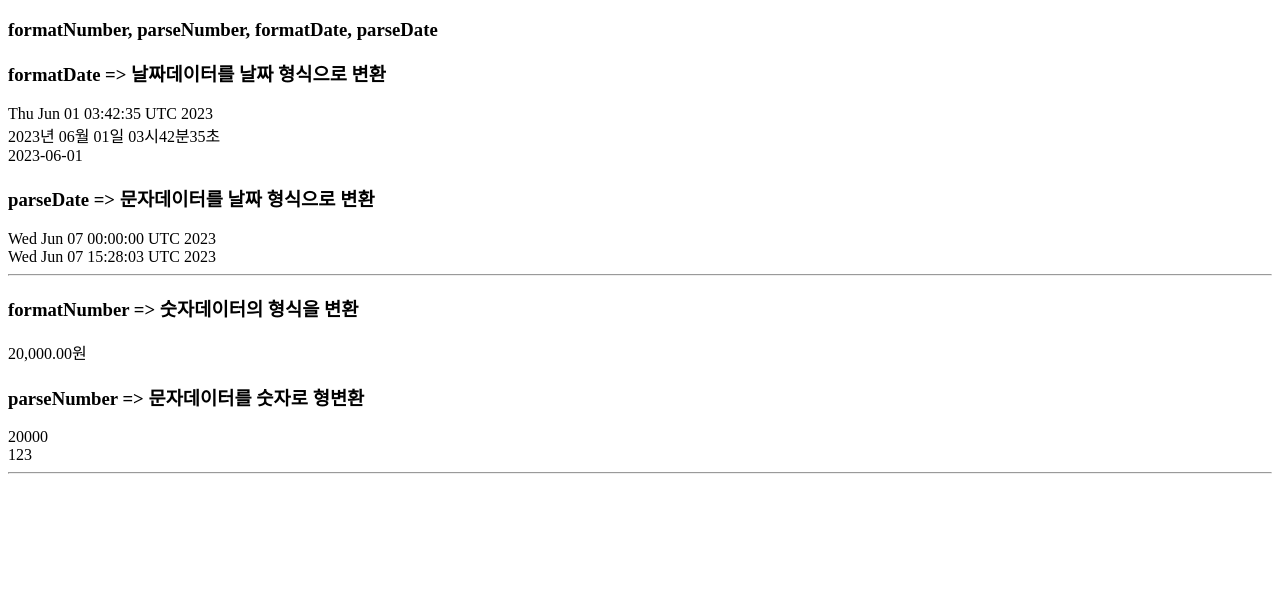
Repository: sun2898/JSP
Page: http://localhost/JSPBasic/JSTL/jstl_fmt.jsp
An editor plug-in stored every save of this project. The page is shown before and after the next save, followed by the edit.
The browser window is 1280 px wide. The pictures show the whole page.
The page is served by Tomcat 9. Other server files are loaded and not shown.

Above is the page before, as saved 2023-06-07 06:40:29.

### JSPBasic/src/main/webapp/JSTL/jstl_fmt.jsp
<%@page import="java.util.Date"%>
<%@ page language="java" contentType="text/html; charset=UTF-8"
    pageEncoding="UTF-8"%>
<%@ taglib prefix="fmt" uri="http://java.sun.com/jsp/jstl/fmt" %>
<%@ taglib prefix="c" uri="http://java.sun.com/jsp/jstl/core" %>
<!DOCTYPE html>
<html>
<head>
<meta charset="UTF-8">
<title>Insert title here</title>
</head>
<body>

	<%--
	 fmt는 형변환을 다루는 기능을 가지고 있다.

	 Integer.parseInt() : String > int
	 parse -> 다른타입으로 형 변환
	 format -> 같은타입의 형태를 변환

	 날짜형태를 변환하는 것을 좀 더 주의깊게 공부할 것!
	 --%>

	<h3>formatNumber, parseNumber, formatDate, parseDate</h3>

	<h3>formatDate => 날짜데이터를 날짜 형식으로 변환</h3>

	<c:set var="a" value="<%=new Date() %>"/>

	${a } <!-- Wed Jun 07 15:19:02 KST 2023 -->
	<br>
	<fmt:formatDate var="a01" value="${a }" pattern="yyyy년 MM월 dd일 HH시mm분ss초"/>
	<fmt:formatDate var="a02" value="${a }" pattern="yyyy-MM-dd"/>
	${a01 }<br>
	${a02 }<br>

	<h3>parseDate => 문자데이터를 날짜 형식으로 변환</h3>

	<fmt:parseDate value="2023-06-07" pattern="yyyy-MM-dd"/><br>
	<fmt:parseDate value="2023년06월07일 15시28분03초" pattern="yyyy년MM월dd일 HH시mm분ss초"/>

	<hr>

	<h3>formatNumber => 숫자데이터의 형식을 변환</h3>

	<c:set var ="b" value="20000"/>

	<fmt:formatNumber value="${b }" pattern="00,000.00원"/><br>

	<h3>parseNumber => 문자데이터를 숫자로 형변환</h3>

	<fmt:parseNumber value="20,000원" pattern="00,000원"/><br>
	<fmt:parseNumber value="123asd원" pattern="000asd원"/>

	<hr/>

	<c:set var="TIME_A" value="2020-05-03" />
	<c:set var="TIME_C" value="2020-05-03 21:30:22" />
	<c:set var="TIME_D" value="<%=new Date() %>" />










</body>
</html>

After the next save:
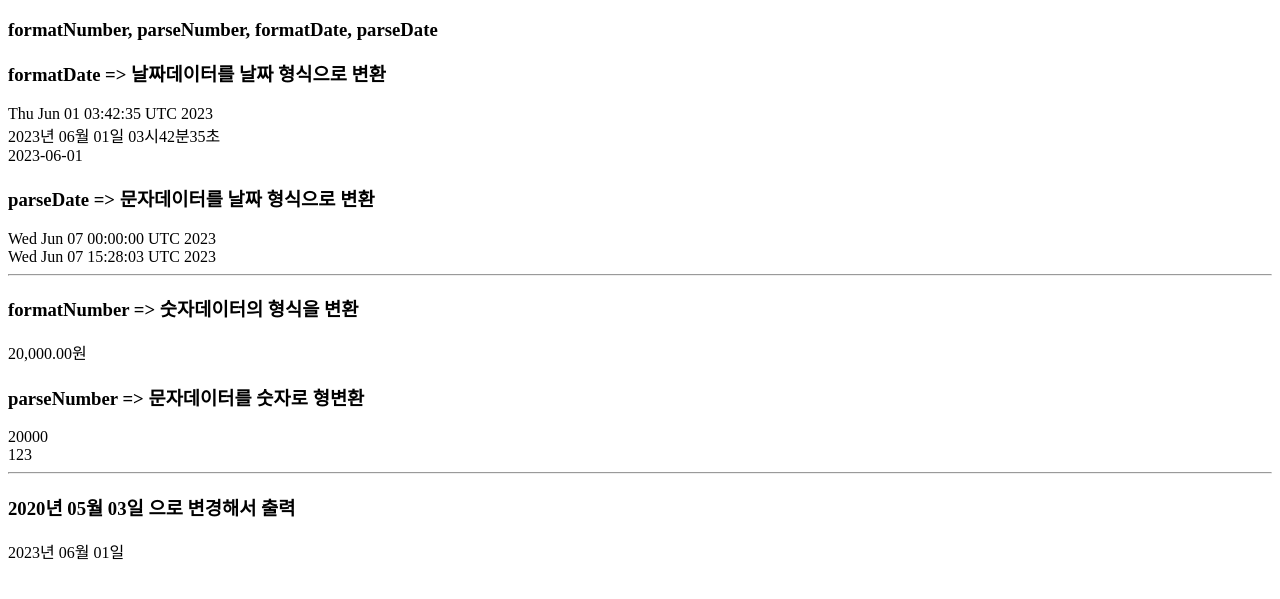
Saved 3 min 31 s later.
--- a/JSPBasic/src/main/webapp/JSTL/jstl_fmt.jsp
+++ b/JSPBasic/src/main/webapp/JSTL/jstl_fmt.jsp
@@ -54,9 +54,14 @@
 
 	<hr/>
 
-	<c:set var="TIME_A" value="2020-05-03" />
+	<h3>2020년 05월 03일 으로 변경해서 출력</h3>
+	<c:set var="TIME_A" value="2020/05/03" />
 	<c:set var="TIME_C" value="2020-05-03 21:30:22" />
 	<c:set var="TIME_D" value="<%=new Date() %>" />
+
+	<fmt:parseDate var="A" value="${TIME_A }" pattern="yyyy/MM/dd"/>
+	<fmt:formatDate value="${a }" pattern="yyyy년 MM월 dd일"/>
+
 
 
 
